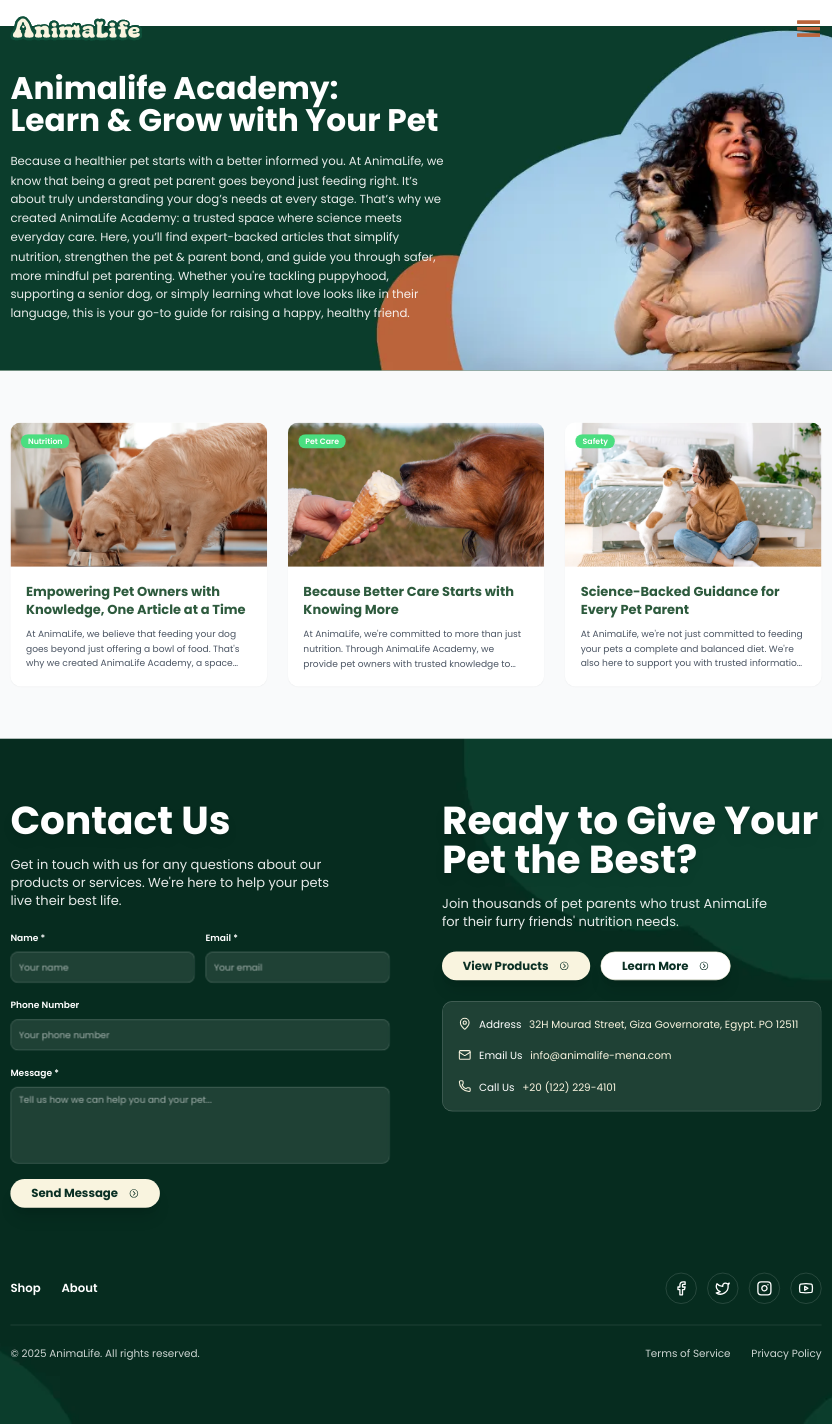
Repository: the-jupiteragency/animalife
Page: /academy
An editor plug-in stored every save of this project. The page is shown before and after the next save, followed by the edit.
The browser window is 1280 px wide. The pictures show the whole page, at 65% of full size.
The project was rebuilt for these pictures with package versions that can differ from the ones it lists, and the page was loaded fresh each time. The framework's server and built-in components were replaced by stand-ins that run in the browser. Also part of the build but not shown: next.config.mjs.

Above is the page before, as saved 2025-08-05 09:34:50.

After the next save:
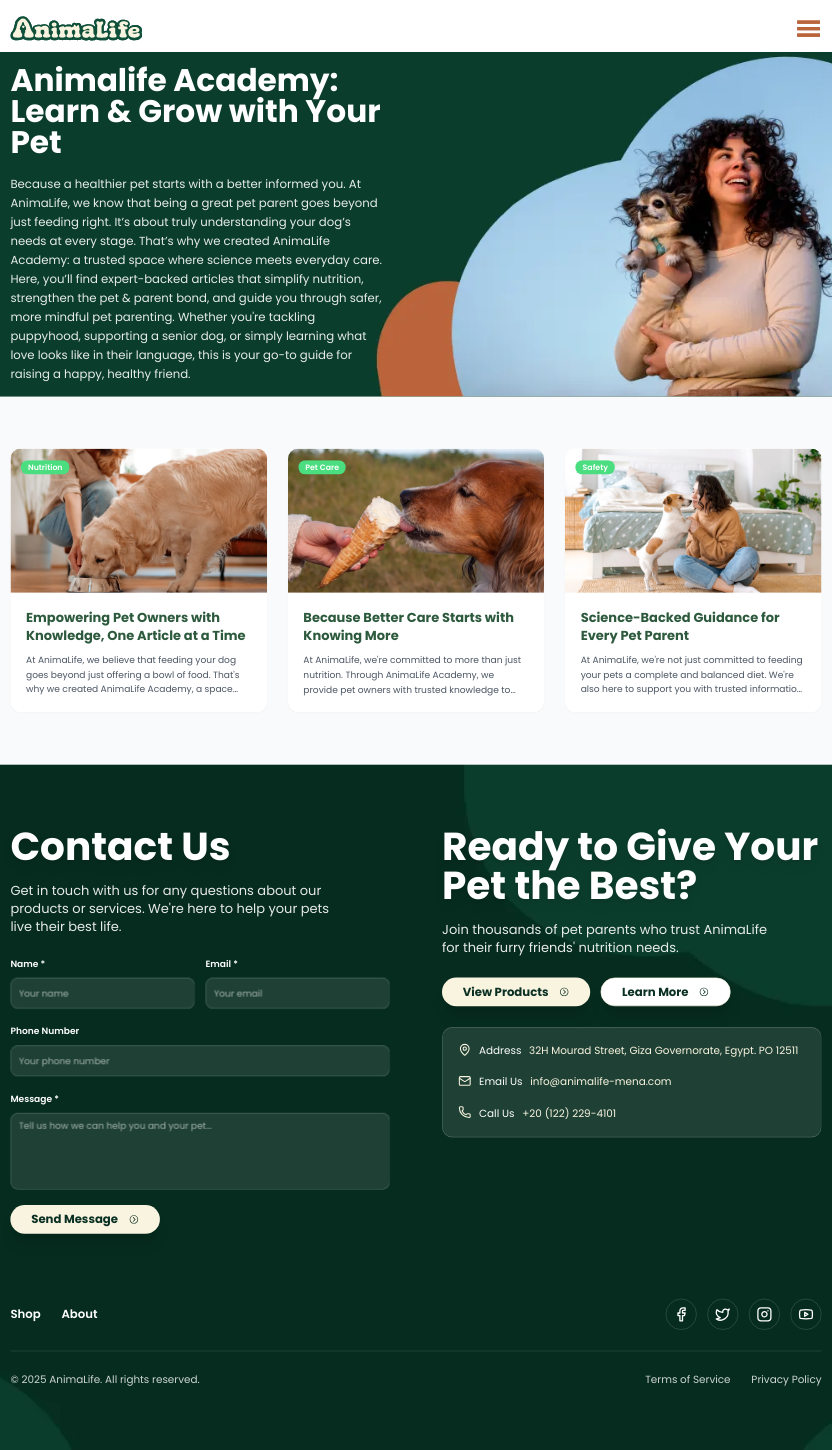
Saved 16 s later.
--- a/app/academy/page.tsx
+++ b/app/academy/page.tsx
@@ -16,7 +16,7 @@
       {/* Header */}
       <Header />
       {/* Add top padding to account for fixed header */}
-      <div className="pt-10">
+      <div className="pt-20">
         {/* Hero Banner Section */}
         <section className="relative h-[530px] bg-[#2d5a3d] overflow-hidden">
           <div className="absolute inset-0">
@@ -29,7 +29,7 @@
             />
           </div>
           <div className="relative z-10 container mx-auto px-4 h-full flex items-center">
-            <div className="max-w-2xl">
+            <div className="max-w-xl">
               <h1 className="text-4xl md:text-5xl font-bold text-white mb-6">
                 Animalife Academy:
                 <br />
